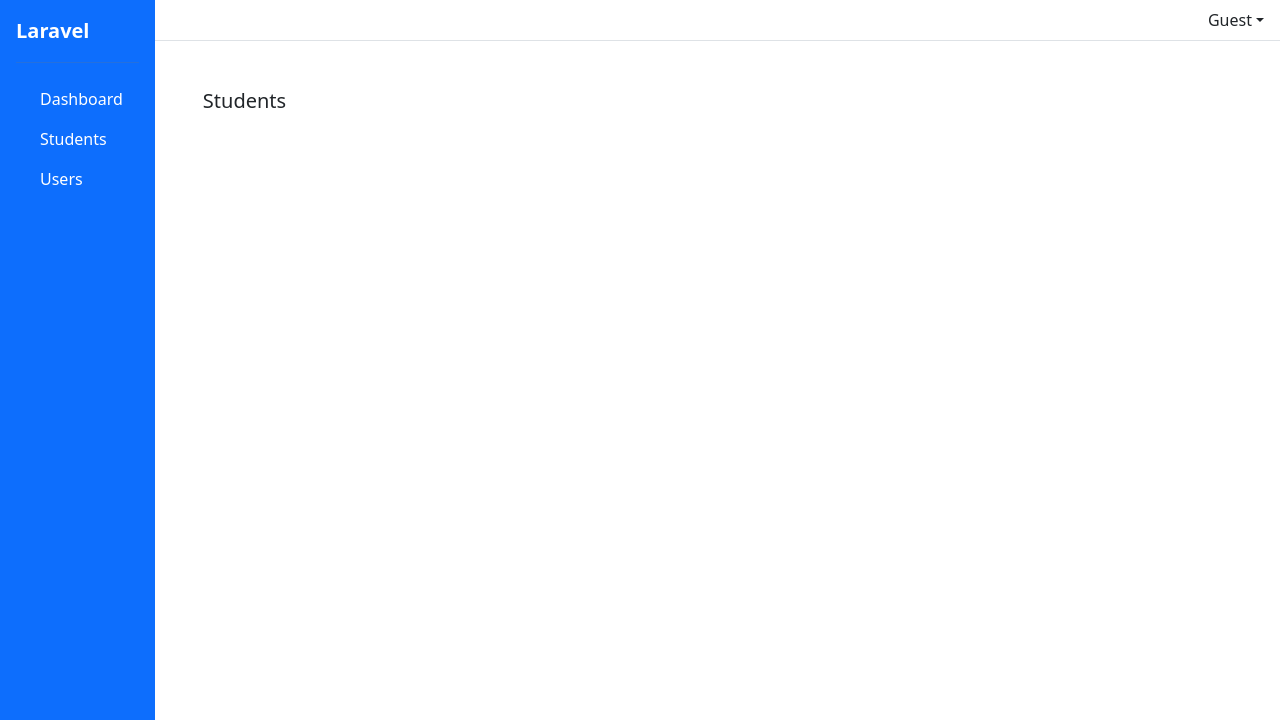
Repository: jaevoy2/lara_demo
Page: http://localhost/home
An editor plug-in stored every save of this project. The page is shown before and after the next save, followed by the edit.
The browser window is 1280 px wide. The pictures show the whole page.
The page is served by the project's Laravel application, run on PHP 8.4 with Laravel 12. Other server files are loaded and not shown.

Above is the page before, as saved 2026-07-08 12:09:48.

### routes/web.php
<?php

use Illuminate\Support\Facades\Route;
use App\Http\Controllers\UserController;
use App\Http\Controllers\StudentController;


Route::get('/', function () {
    return view('login');
})->name('login');

Route::post('/user-login', [UserController::class, 'userLogin'])->name('userLogin');
Route::get('/home', [UserController::class, 'homeView'])->name('home');

// Route::get('get-students', [StudentController::class, getStudents])->name('get-stude')

### app/Http/Controllers/UserController.php
<?php

namespace App\Http\Controllers;

use Illuminate\Http\Request;
use Illuminate\Support\Facades\Auth;
use Illuminate\Support\Facades\Hash;
use App\Models\User;

class UserController extends Controller
{
    public function userLogin(Request $request) {
        if(empty($request->email) || empty($request->password)) {
            return redirect(route('login'))
            ->with('error', 'Email and password are requires');
        }

        $request->validate([
            'email' => 'required',
            'password' => 'required',
        ]);

        $credentials = $request->only('email', 'password');

        if(Auth::attempt($credentials)) {
            $request->session()->put('loginID', Auth::user()->id);

            return redirect()->intended(route('home'))
                ->with('success', 'Logged In');
        }else{
            return redirect(route('login'))
                ->withInput()
                ->with('error', 'Invalid credentials');
        }
    }

    public function loginPage() {
        return view('login');
    }

    public function homeView() {
        return view('home');
    }
}

### resources/views/home.blade.php
@extends('_layout._head')

@section('content')
    <div class="p-5">
        <h5>Students</h5>

    </div>

    <script>
        document.addEventListener('DOMContentLoaded', async function () {
            try {
                const response = await fetch('/get-students');

                if (!response.ok) {
                    console.log('Failed to fetch students.');
                }

                const data = await response.json();

                // const studentList = document.getElementById('student-list');
                // studentList.innerHTML = '';

                // data.student.forEach(student => {
                //     studentList.innerHTML += `
                //         <li class="list-group-item">
                //             ${student.name}
                //         </li>
                //     `;
                // });

            } catch (error) {
                console.log(error);
            }
        });
    </script>
@endsection







<!-- fetch('http://127.0.0.1:8000/api/get-student')
    .then(response => {
        return response.json();
    })
    .then(students => {
        const studentList = document.getElementById('student-list');
        studentList.innerHTML = '';

        students.forEach(student => {
            studentList.innerHTML += `
                <li class="list-group-item">
                    ${student.name}
                </li>
            `;
        });
    })
    .catch(error => {
        console.error(error);
}); -->

### resources/views/_layout/_head.blade.php
<!DOCTYPE html>
<html lang="en">
<head>
    <meta charset="UTF-8">
    <meta name="viewport" content="width=device-width, initial-scale=1.0">
    <link href="https://cdn.jsdelivr.net/npm/bootstrap@5.3.8/dist/css/bootstrap.min.css" rel="stylesheet" integrity="sha384-sRIl4kxILFvY47J16cr9ZwB07vP4J8+LH7qKQnuqkuIAvNWLzeN8tE5YBujZqJLB" crossorigin="anonymous">
    <title>Document</title>
</head>
<body>

    <div class="d-flex vh-100">
        @include('_layout._sidebar')

        <div class="vw-100">
            @include('_layout._navbar')
            @yield('content')
        </div>
    </div>

    <script src="https://cdn.jsdelivr.net/npm/bootstrap@5.3.8/dist/js/bootstrap.bundle.min.js" integrity="sha384-FKyoEForCGlyvwx9Hj09JcYn3nv7wiPVlz7YYwJrWVcXK/BmnVDxM+D2scQbITxI" crossorigin="anonymous"></script>
</body>
</html>

### resources/views/_layout/_sidebar.blade.php
<nav id="sidebar" class="bg-primary text-white p-3">
    <a href="" class="d-flex align-items-center mb-3 text-white text-decoration-none">
        <span class="fs-5 fw-bold">{{ config('app.name') }}</span>
    </a>
    <hr class="text-secondary">

    <ul class="nav nav-pills flex-column mb-auto">
        <li class="nav-item">
            <a href=""
               class="nav-link sidebar-link text-white {{ request()->routeIs('dashboard') ? 'active' : '' }}">
                <i class="bi bi-speedometer2 me-2"></i> Dashboard
            </a>
        </li>
        <li class="nav-item">
            <a href=""
               class="nav-link sidebar-link text-white {{ request()->routeIs('users.*') ? 'active' : '' }}">
                <i class="bi bi-people me-2"></i> Students
            </a>
        </li>

        {{-- Collapsible submenu example --}}
        <li class="nav-item">
            <a href="#settingsSubmenu" data-bs-toggle="collapse"
               class="nav-link sidebar-link text-white d-flex justify-content-between align-items-center {{ request()->routeIs('settings.*') ? 'active' : '' }}">
                <span><i class="bi bi-gear me-2"></i>Users</span>
                <i class="bi bi-chevron-down small"></i>
            </a>
            <div class="collapse" id="settingsSubmenu">
                <ul class="nav flex-column ms-3">
                    <li><a href="" class="nav-link text-white-50">Profile</a></li>
                    <li><a href="" class="nav-link text-white-50">Security</a></li>
                </ul>
            </div>
        </li>
    </ul>
</nav>

### resources/views/_layout/_navbar.blade.php
<nav class="navbar navbar-light bg-white border-bottom px-3">
    <button class="btn btn-outline-secondary d-lg-none" id="sidebarToggle">
        <i class="bi bi-list"></i>
    </button>

    <div class="ms-auto dropdown">
        <a href="#"
           class="d-flex align-items-center text-decoration-none text-dark dropdown-toggle"
           data-bs-toggle="dropdown">

            @if (auth()->user()?->avatar)
                <img src=""
                     alt="{{ auth()->user()->name }}"
                     class="rounded-circle me-2"
                     width="32" height="32"
                     style="object-fit: cover;">
            @else
                <i class="bi bi-person-circle fs-4 me-2"></i>
            @endif

            <span>{{ auth()->user()->name ?? 'Guest' }}</span>
        </a>

        <ul class="dropdown-menu dropdown-menu-end">
            <li><a class="dropdown-item" href="">Profile</a></li>
            <li><hr class="dropdown-divider"></li>
            <li>
                <form method="POST" action="">
                    @csrf
                    <button type="submit" class="dropdown-item">Logout</button>
                </form>
            </li>
        </ul>
    </div>
</nav>

Loaded but not shown: app/Http/Controllers/Controller.php (common file)

After the next save:
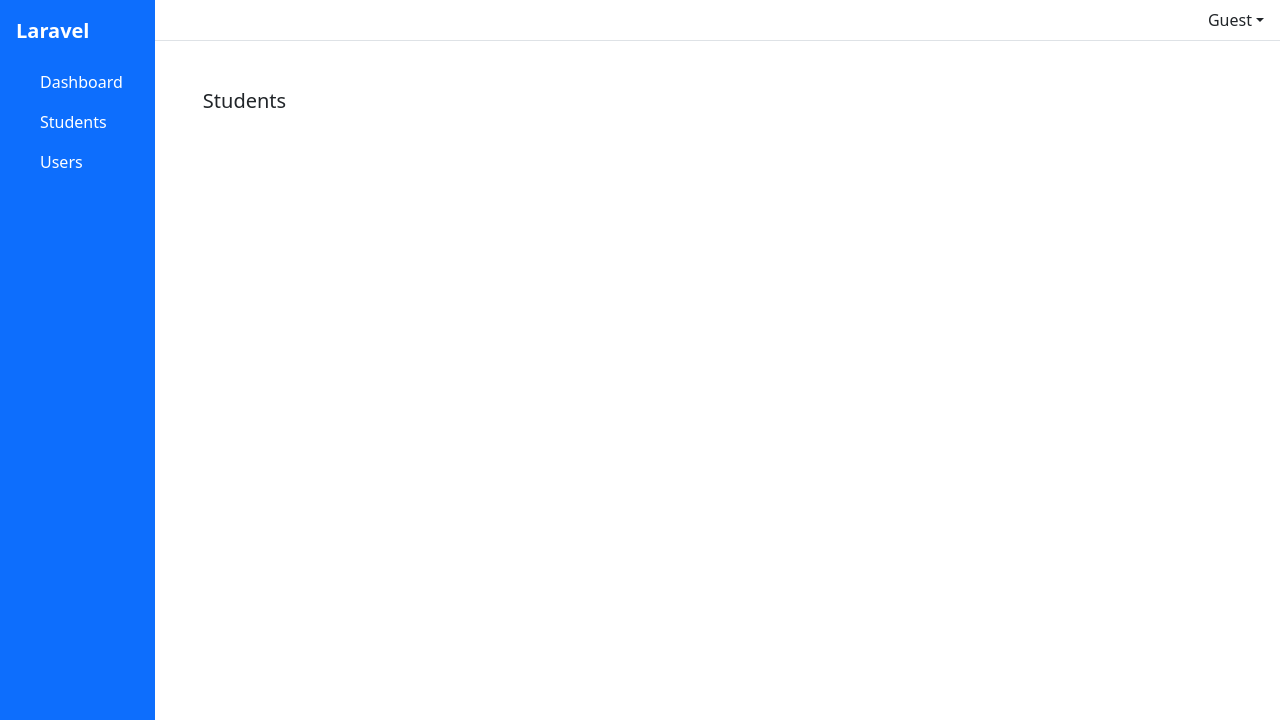
Saved 35 s later.
--- a/resources/views/_layout/_sidebar.blade.php
+++ b/resources/views/_layout/_sidebar.blade.php
@@ -2,7 +2,7 @@
     <a href="" class="d-flex align-items-center mb-3 text-white text-decoration-none">
         <span class="fs-5 fw-bold">{{ config('app.name') }}</span>
     </a>
-    <hr class="text-secondary">
+    <!-- <hr class="text-secondary"> -->
 
     <ul class="nav nav-pills flex-column mb-auto">
         <li class="nav-item">
